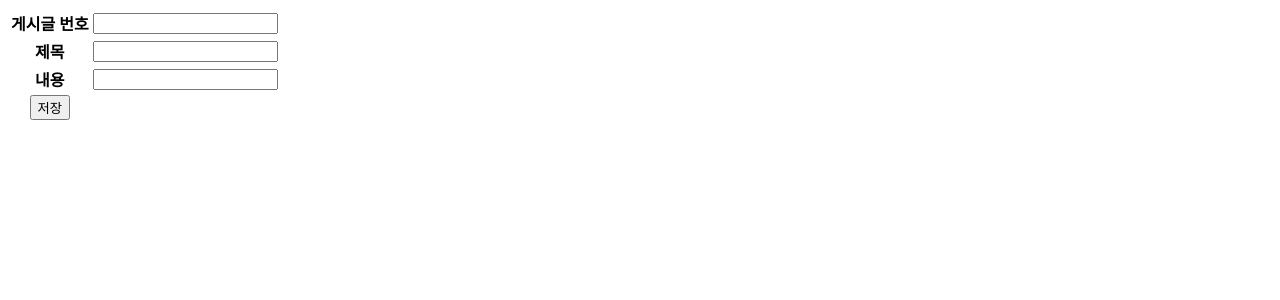
Repository: dnjfvnf123/eGovframework
Page: http://localhost/myproject1/boardWrite.jsp
The author's editor kept a copy of each file at every save. The page is drawn from the files as they stood at one save, then again after the next save.
The browser window is 1280 px wide. The pictures show the whole page.
The page is served by Tomcat 9. Nobody is signed in. The application's start-up code is not run. Other server files are loaded and not shown.

Above is the page before, as saved 2024-02-05 06:03:36.

### myproject1/src/main/webapp/boardWrite.jsp
<%@ page language="java" contentType="text/html; charset=UTF-8"
    pageEncoding="UTF-8"%>
<!DOCTYPE html PUBLIC "-//W3C//DTD HTML 4.01 Transitional//EN" "http://www.w3.org/TR/html4/loose.dtd">
<html>
<head>
<meta http-equiv="Content-Type" content="text/html; charset=UTF-8">
<title>Insert title here</title>
</head>
<body>

<form name="frm" method = "post" action = "">
<table>
	<tr>
		<th>게시글 번호</th>
		<td><input type ="text" name = "deptno"></td>
	</tr>

	<tr>
		<th>제목</th>
		<td><input type ="text" name = "title"></td>
	</tr>

	<tr>
		<th>내용</th>
		<td><input type ="text" name = "content"></td>
	</tr>

	<tr>
		<th>
		<button type = "submit">저장</button>
		</th>
	</tr>
</table>
</form>

</body>
</html>

After the next save:
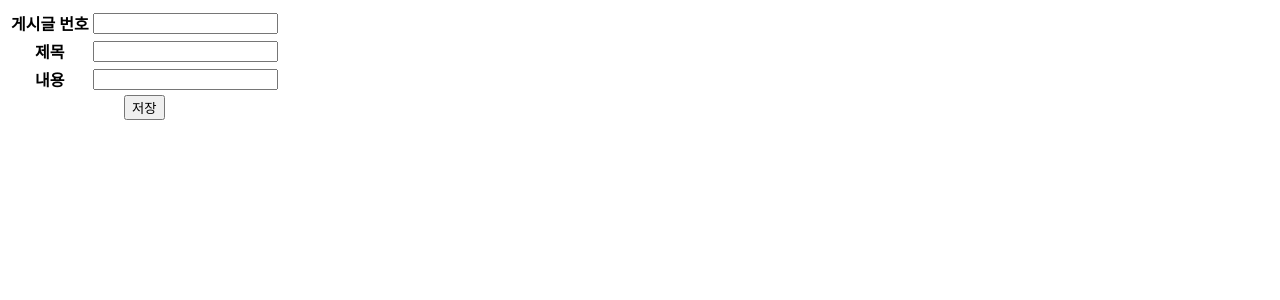
Saved 10 s later.
--- a/myproject1/src/main/webapp/boardWrite.jsp
+++ b/myproject1/src/main/webapp/boardWrite.jsp
@@ -26,7 +26,7 @@
 	</tr>
 
 	<tr>
-		<th>
+		<th colspan = "2">
 		<button type = "submit">저장</button>
 		</th>
 	</tr>
